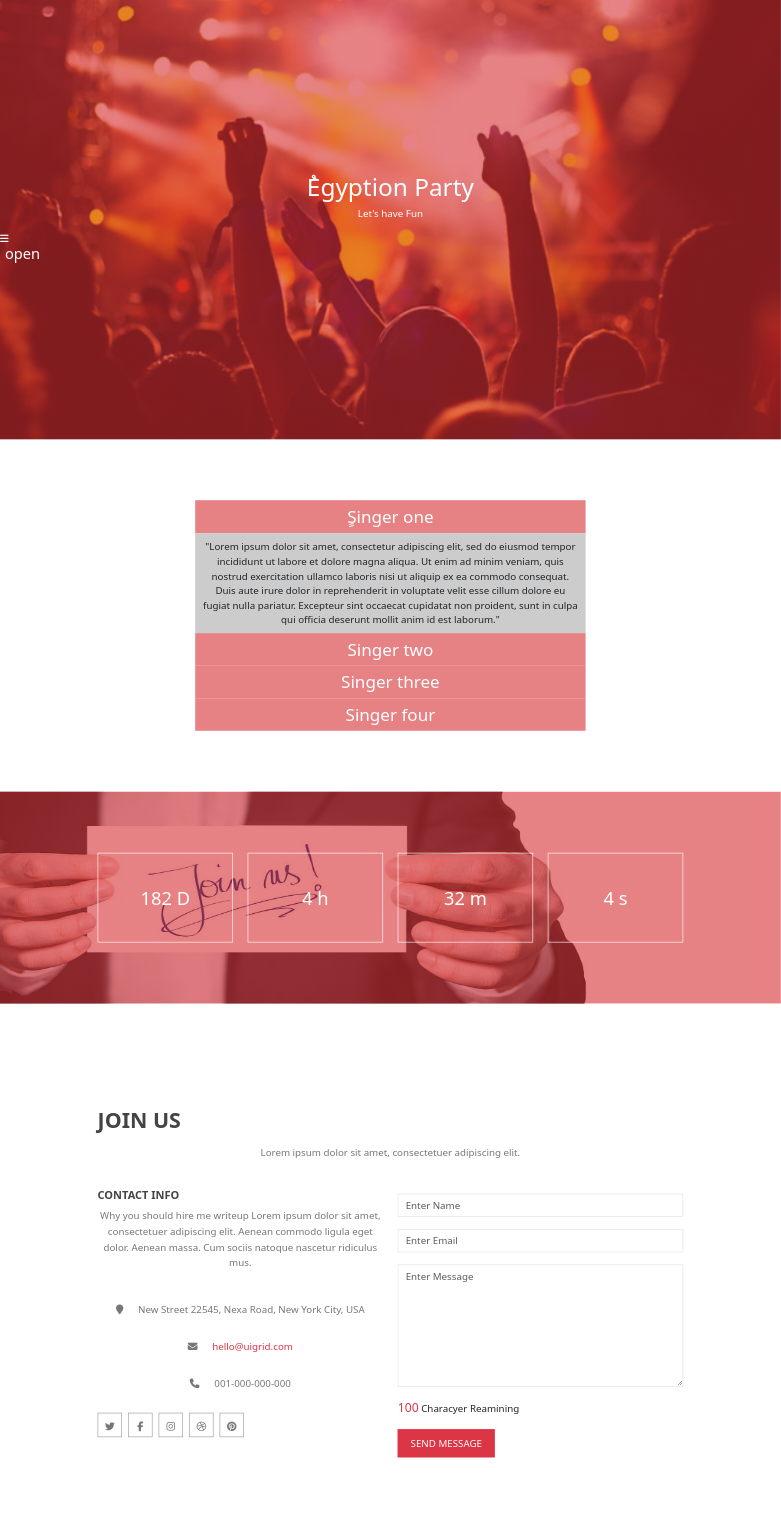
Repository: HagarYousry/jQuery
Page: index.html
The author's editor kept a copy of each file at every save. The page is drawn from the files as they stood at one save, then again after the next save.
The browser window is 1280 px wide. The pictures show the whole page, at 61% of full size.

Above is the page before, as saved 2024-07-25 19:30:58.

After the next save:
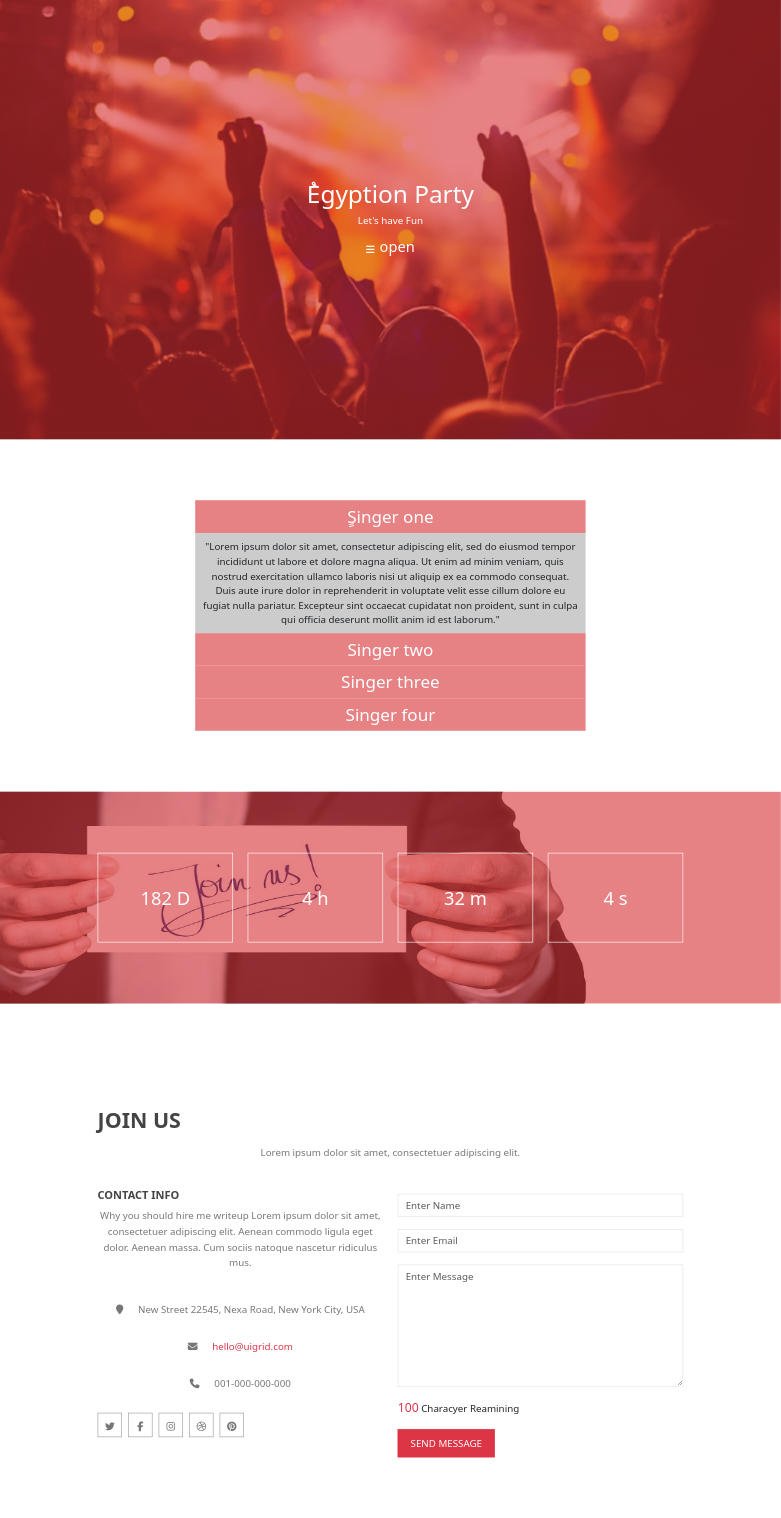
Saved 28 s later.
--- a/index.html
+++ b/index.html
@@ -29,7 +29,7 @@
             <div class="home-title d-flex justify-content-center align-items-center flex-column vh-100 text-white">
                 <h1>ُEgyption Party</h1>
                 <p>Let's have Fun</p>
-                <span class="navIcon align-self-start">
+                <span class="navIcon d-flex align-items-center">
                     <i class=" fa-solid fa-bars"></i>
                     <h4 class="ms-2">open</h4>
                 </span>
